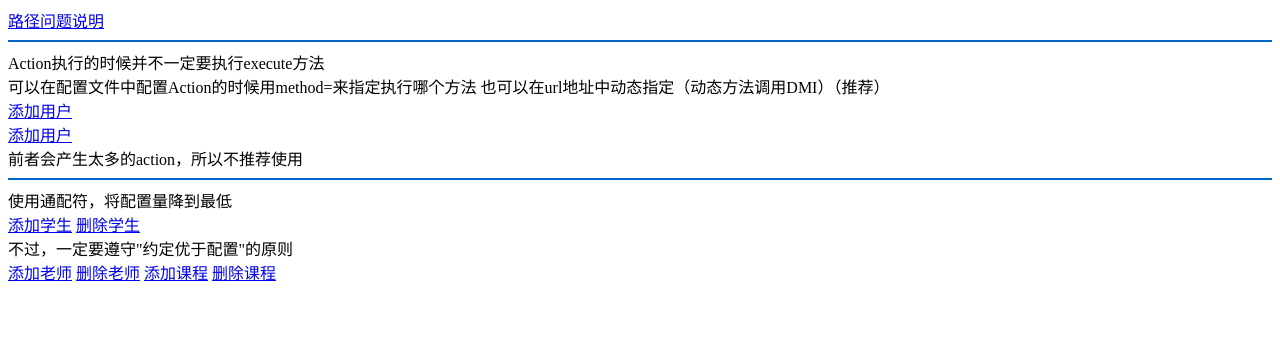
Repository: chellong/StrutsBasic
Page: http://localhost/Struts2.3Sx_1/
An editor plug-in stored every save of this project. The page is shown before and after the next save, followed by the edit.
The browser window is 1280 px wide. The pictures show the whole page.
The page is served by Tomcat 9. Nobody is signed in. The application's start-up code is not run. Other server files are loaded and not shown.

Above is the page before, as saved 2016-01-22 16:42:47.

### Struts2.3Sx_1/WebContent/index.jsp
<?xml version="1.0" encoding="GB18030" ?>
<%@ page language="java" contentType="text/html; charset=GB18030"
	pageEncoding="GB18030"%>

<%
	String path = request.getContextPath();
	String basePath = request.getScheme() + "://" + request.getServerName() + ":" + request.getServerPort()
			+ path + "/";
%>

<!DOCTYPE html PUBLIC "-//W3C//DTD XHTML 1.0 Transitional//EN" "http://www.w3.org/TR/xhtml1/DTD/xhtml1-transitional.dtd">
<html xmlns="http://www.w3.org/1999/xhtml">
<head>
<base href="<%=basePath%>"/>
<meta http-equiv="Content-Type" content="text/html; charset=GB18030" />
<title>Insert title here</title>
</head>
<body>
	<a href="path/path.action">路径问题说明</a>
	<hr noshade color="#0066cc" />
	Action执行的时候并不一定要执行execute方法
	<br /> 可以在配置文件中配置Action的时候用method=来指定执行哪个方法
	也可以在url地址中动态指定（动态方法调用DMI）（推荐）
	<br />
	<a href="/user/userAdd">添加用户</a>
	<br />
	<a href="/user/user!add">添加用户</a>
	<br /> 前者会产生太多的action，所以不推荐使用

	<hr noshade color="#0066cc" />

	使用通配符，将配置量降到最低
	<br />
	<a href="/actions/Studentadd">添加学生</a>
	<a href="/actions/Studentdelete">删除学生</a>
	<br /> 不过，一定要遵守"约定优于配置"的原则
	<br />
	<a href="/actions/Teacher_add">添加老师</a>
	<a href="/actions/Teacher_delete">删除老师</a>
	<a href="/actions/Course_add">添加课程</a>
	<a href="/actions/Course_delete">删除课程</a>

</body>
</html>

After the next save:
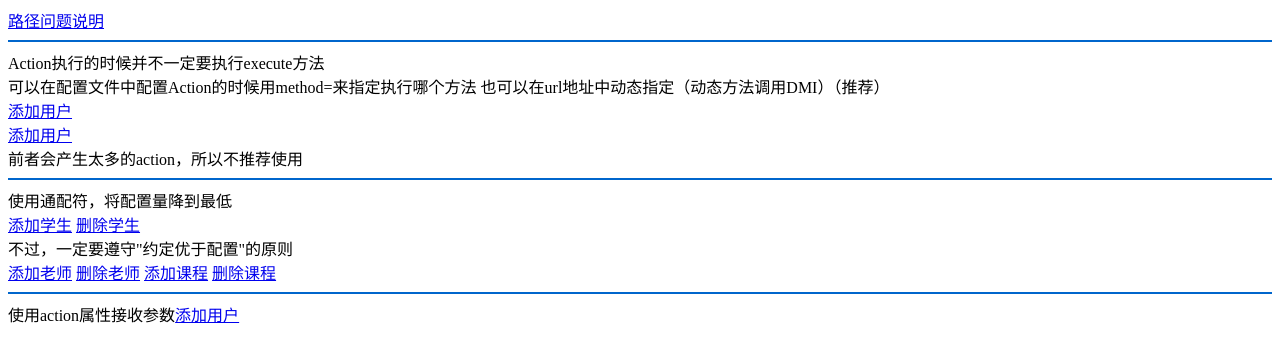
Saved 4 min 13 s later.
--- a/Struts2.3Sx_1/WebContent/index.jsp
+++ b/Struts2.3Sx_1/WebContent/index.jsp
@@ -39,6 +39,7 @@
 	<a href="/actions/Teacher_delete">删除老师</a>
 	<a href="/actions/Course_add">添加课程</a>
 	<a href="/actions/Course_delete">删除课程</a>
-
+	<hr noshade color="#0066cc" />
+	使用action属性接收参数<a href="user/user!add?name=a&age=8">添加用户</a>
 </body>
 </html>
